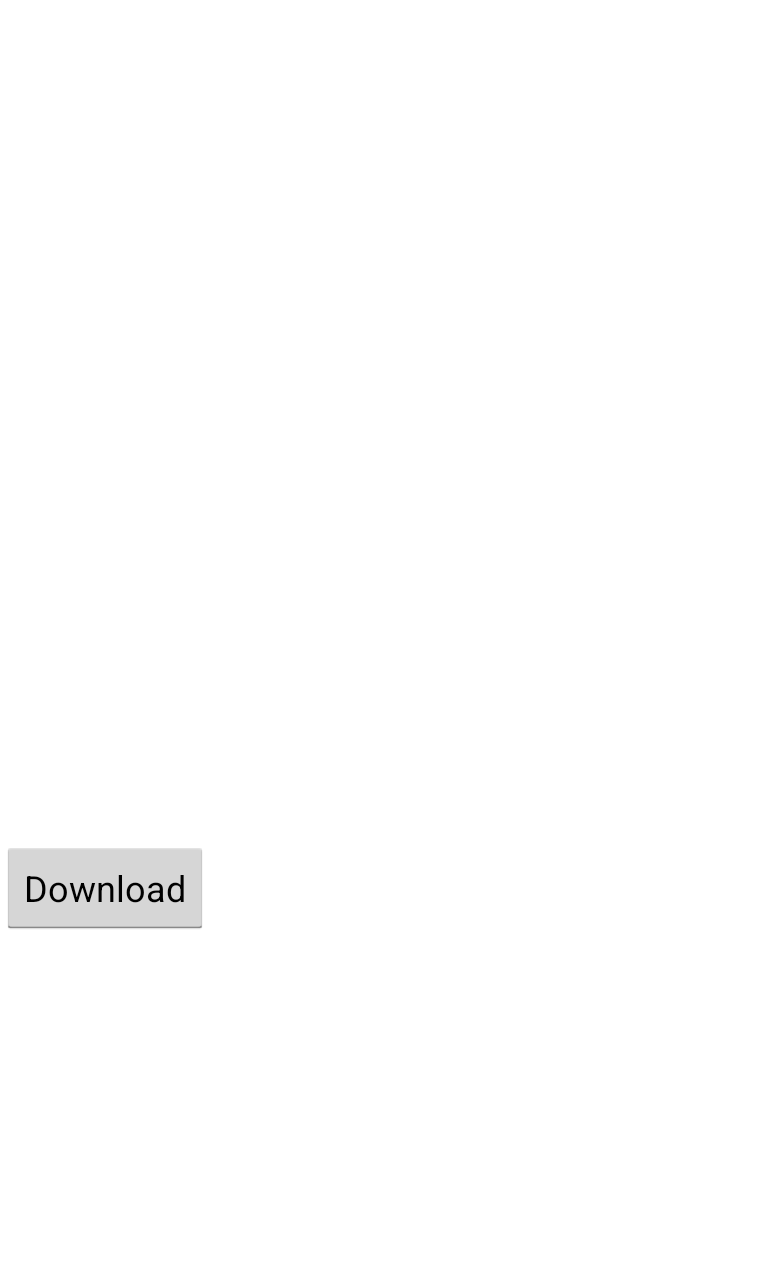
Repository: Liu-D-Henrry/Android
Layout: DemoAsyncTask/res/layout/async_task_test.xml
These files come from the project's save history. The layout is drawn as it stood at one moment and after the next save; the edit follows.
It is drawn on a 768 x 1280 px phone screen (xhdpi) without system bars, with theme AppTheme; the app's code is not run.

Above is the layout before, as saved 2013-08-29 02:44:22.

### DemoAsyncTask/res/layout/async_task_test.xml
<?xml version="1.0" encoding="utf-8"?>
<LinearLayout xmlns:android="http://schemas.android.com/apk/res/android"
    android:layout_width="match_parent"
    android:layout_height="match_parent"
    android:orientation="vertical" >

    <ScrollView
        android:layout_width="match_parent"
        android:layout_height="400dp"
        android:layout_marginTop="10dp" >

    	<TextView
        	android:id="@+id/content"
        	android:layout_width="match_parent"
        	android:layout_height="wrap_content" />

    </ScrollView>

    <Button
        android:id="@+id/download"
        android:layout_width="wrap_content"
        android:layout_height="wrap_content"
        android:layout_marginTop="10dp"
        android:layout_marginBottom="10dp"
        android:text="@string/button" />

</LinearLayout>

### DemoAsyncTask/res/values/strings.xml
<?xml version="1.0" encoding="utf-8"?>
<resources>

    <string name="app_name">DemoAsyncTask</string>
    <string name="action_settings">Settings</string>
    <string name="hello_world">Hello world!</string>

    <string name="button">Download</string>

</resources>

Loaded but not shown: DemoAsyncTask/res/values/styles.xml (common file); DemoAsyncTask/res/values-v11/styles.xml (common file); DemoAsyncTask/res/values-v14/styles.xml (common file)

After the next save:
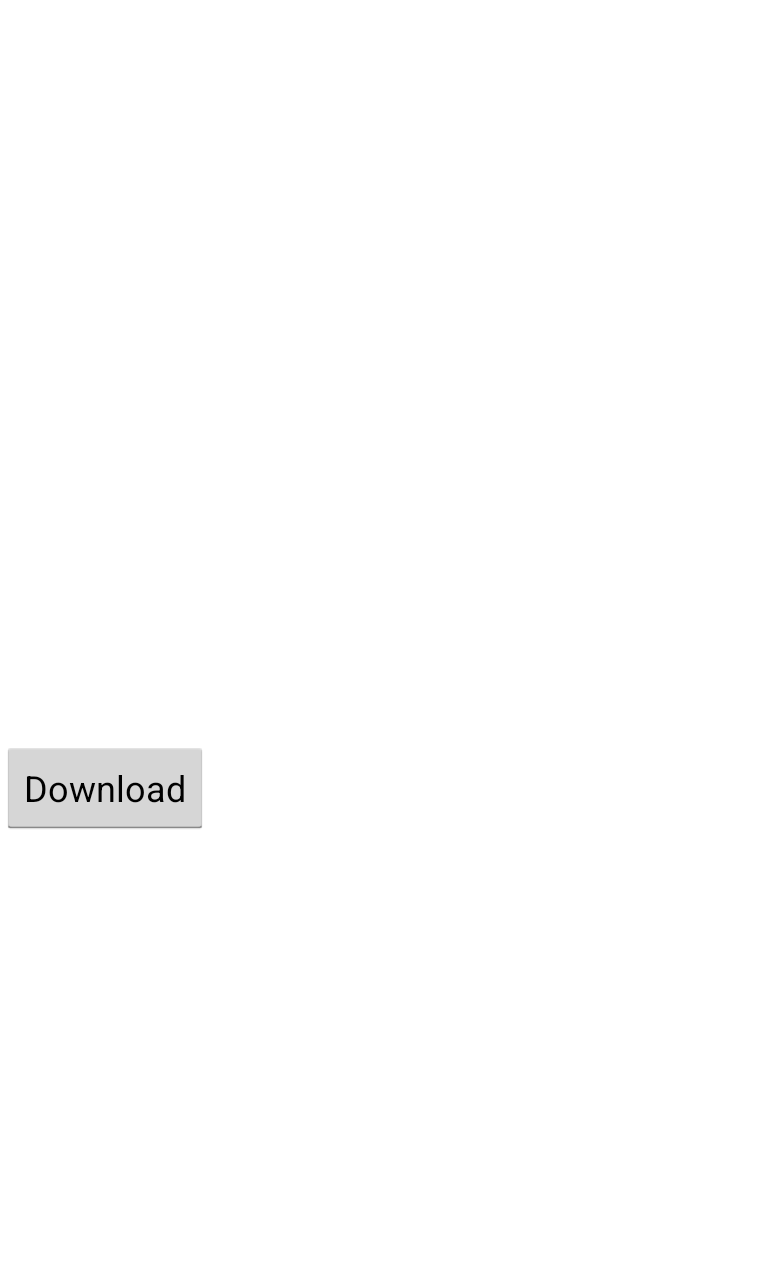
Saved 13 s later.
--- a/DemoAsyncTask/res/layout/async_task_test.xml
+++ b/DemoAsyncTask/res/layout/async_task_test.xml
@@ -6,7 +6,7 @@
 
     <ScrollView
         android:layout_width="match_parent"
-        android:layout_height="400dp"
+        android:layout_height="350dp"
         android:layout_marginTop="10dp" >
 
     	<TextView
